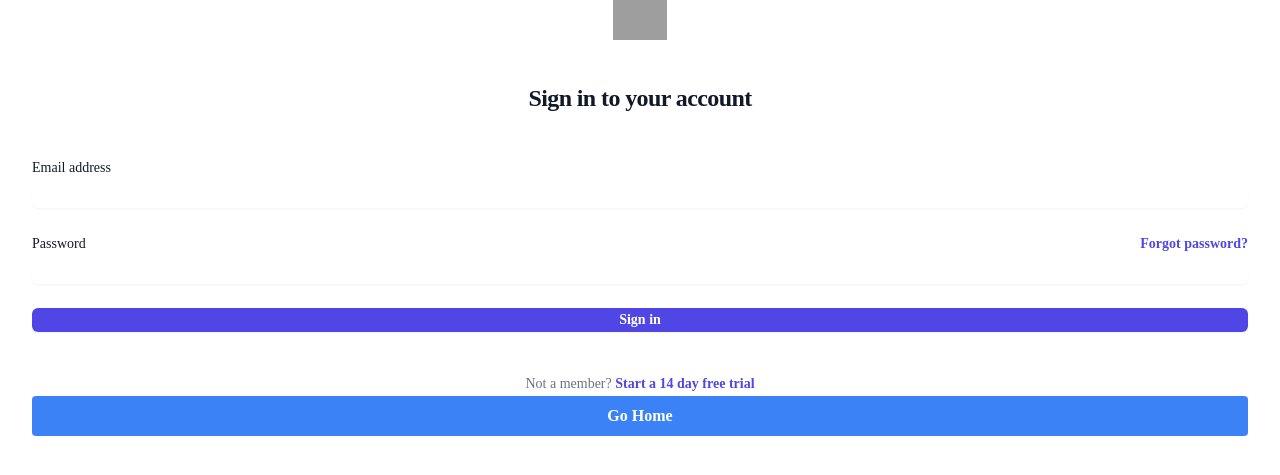
Repository: Gunplay/Smart-Home
Page: /sign-in
These files come from the project's save history. The page is drawn as it stood at one moment and after the next save; the edit follows.
The browser window is 1280 px wide. The pictures show the whole page.
Pictures or frames that could not be fetched are drawn as grey boxes. The project was rebuilt for these pictures with package versions that can differ from the ones it lists, and the page was loaded fresh each time. Also part of the build but not shown: vite.config.js, vite.config.ts, src/components/Form/Register/index.tsx, src/components/Page404/index.tsx.

Above is the page before, as saved 2024-07-03 13:23:51.

### index.html
<!doctype html>
<html lang="en">

<head>
  <meta charset="UTF-8" />
  <link rel="icon" type="image/svg+xml" href="./src/assets/smart-home-svgrepo-com.svg" />
  <meta name="viewport" content="width=device-width, initial-scale=1.0" />
  <title>Smart-Home</title>
  <link real='stylesheet' href='src/style.css'>
</head>

<body>
  <div id="root"></div>

  <script type="module" src="/src/main.tsx"></script>
</body>

</html>

### src/main.tsx
import React from 'react';
import ReactDOM from 'react-dom/client';
import { App } from './App.tsx';
import './css/style.css';

ReactDOM.createRoot(document.getElementById('root')!).render(
	<React.StrictMode>
		<App />
	</React.StrictMode>
);

### src/App.tsx
import { FC } from 'react';
import { RouterProvider } from 'react-router-dom';
import { router } from './components/Router/Router';

export const App: FC = () => <RouterProvider router={router} />;

### src/components/Router/Router.tsx
import { createBrowserRouter, RouteObject } from 'react-router-dom';
import { Home } from '../../pages';
import Register from '../Form/Register';
import SignIn from '../Form/SignIn';
import Page404 from '../Page404';

const routes: RouteObject[] = [
	{
		path: '/',
		element: <Home />,
	},
	{
		path: '/register',
		element: <Register />,
	},
	{
		path: '/sign-in',
		element: <SignIn />,
	},
	{
		path: '*', // This will match any route not matched by the above routes
		element: <Page404 />,
	},
];

export const router = createBrowserRouter(routes);

### src/components/Form/SignIn/index.tsx
import Button from '../../Button';
/*
  This example requires some changes to your config:

  ```
  // tailwind.config.js
  module.exports = {
    // ...
    plugins: [
      // ...
      require('@tailwindcss/forms'),
    ],
  }
  ```
*/

export default function SignIn() {
	return (
		<>
			{/*
        This example requires updating your template:

        ```
        <html class="h-full bg-white">
        <body class="h-full">
        ```
      */}
			<div className='flex min-h-full flex-1 flex-col justify-center px-6 py-12 lg:px-8'>
				<div className='sm:mx-auto sm:w-full sm:max-w-sm'>
					<img
						className='mx-auto h-10 w-auto'
						src='https://tailwindui.com/img/logos/mark.svg?color=indigo&shade=600'
						alt='Your Company'
					/>
					<h2 className='mt-10 text-center text-2xl font-bold leading-9 tracking-tight text-gray-900'>
						Sign in to your account
					</h2>
				</div>

				<div className='mt-10 sm:mx-auto sm:w-full sm:max-w-sm'>
					<form className='space-y-6' action='#' method='POST'>
						<div>
							<label
								htmlFor='email'
								className='block text-sm font-medium leading-6 text-gray-900'
							>
								Email address
							</label>
							<div className='mt-2'>
								<input
									id='email'
									name='email'
									type='email'
									autoComplete='email'
									required
									className='block w-full rounded-md border-0 py-1.5 text-gray-900 shadow-sm ring-1 ring-inset ring-gray-300 placeholder:text-gray-400 focus:ring-2 focus:ring-inset focus:ring-indigo-600 sm:text-sm sm:leading-6'
								/>
							</div>
						</div>

						<div>
							<div className='flex items-center justify-between'>
								<label
									htmlFor='password'
									className='block text-sm font-medium leading-6 text-gray-900'
								>
									Password
								</label>
								<div className='text-sm'>
									<a
										href='#'
										className='font-semibold text-indigo-600 hover:text-indigo-500'
									>
										Forgot password?
									</a>
								</div>
							</div>
							<div className='mt-2'>
								<input
									id='password'
									name='password'
									type='password'
									autoComplete='current-password'
									required
									className='block w-full rounded-md border-0 py-1.5 text-gray-900 shadow-sm ring-1 ring-inset ring-gray-300 placeholder:text-gray-400 focus:ring-2 focus:ring-inset focus:ring-indigo-600 sm:text-sm sm:leading-6'
								/>
							</div>
						</div>

						<div>
							<button
								type='submit'
								className='flex w-full justify-center rounded-md bg-indigo-600 px-3 py-1.5 text-sm font-semibold leading-6 text-white shadow-sm hover:bg-indigo-500 focus-visible:outline focus-visible:outline-2 focus-visible:outline-offset-2 focus-visible:outline-indigo-600'
							>
								Sign in
							</button>
						</div>
					</form>

					<p className='mt-10 text-center text-sm text-gray-500'>
						Not a member?{' '}
						<a
							href='#'
							className='font-semibold leading-6 text-indigo-600 hover:text-indigo-500'
						>
							Start a 14 day free trial
						</a>
					</p>
				</div>
				<Button
					className='bg-blue-500 hover:bg-blue-700 text-white font-bold py-2 px-4 rounded'
					href='/'
				>
					Go Home
				</Button>
			</div>
		</>
	);
}

### src/components/Button/index.tsx
import React, { useRef } from 'react';

interface ButtonProps {
	className?: string; // Optional className for custom styling
	href?: string; // Optional URL for navigation
	children?: React.ReactNode; // Optional child elements for button content
	onClick?: React.MouseEventHandler<HTMLButtonElement> | undefined; // Optional onClick handler
}

const Button: React.FC<ButtonProps> = ({
	className,
	href,
	children = 'Button Text',
	onClick,
}) => {
	const buttonRef = useRef<HTMLButtonElement>(null);

	const handleClick = (event: React.MouseEvent<HTMLButtonElement>) => {
		if (href) {
			window.location.href = href;
		}
		if (onClick) {
			onClick(event);
		}
	};

	return (
		<button className={className} ref={buttonRef} onClick={handleClick}>
			{children}
		</button>
	);
};

export default Button;

Loaded but not shown: src/css/style.css (1876 lines, source omitted); src/pages/index.js (no copy from this time; the picture is the same without it)

After the next save:
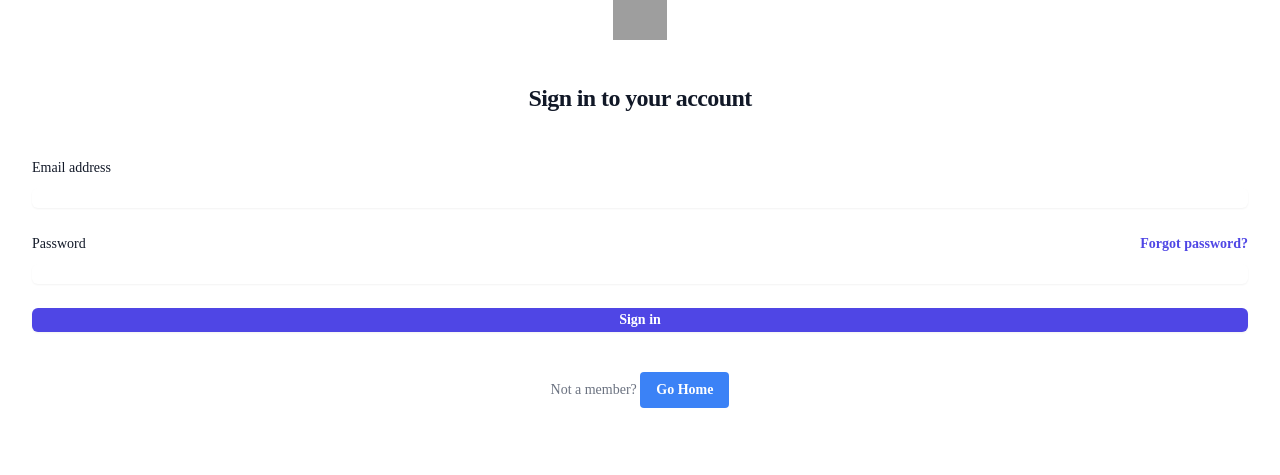
Saved 32 s later.
--- a/src/components/Form/SignIn/index.tsx
+++ b/src/components/Form/SignIn/index.tsx
@@ -99,20 +99,14 @@ export default function SignIn() {
 
 					<p className='mt-10 text-center text-sm text-gray-500'>
 						Not a member?{' '}
-						<a
-							href='#'
-							className='font-semibold leading-6 text-indigo-600 hover:text-indigo-500'
+						<Button
+							className='bg-blue-500 hover:bg-blue-700 text-white font-bold py-2 px-4 rounded'
+							href='/'
 						>
-							Start a 14 day free trial
-						</a>
+							Go Home
+						</Button>
 					</p>
 				</div>
-				<Button
-					className='bg-blue-500 hover:bg-blue-700 text-white font-bold py-2 px-4 rounded'
-					href='/'
-				>
-					Go Home
-				</Button>
 			</div>
 		</>
 	);
